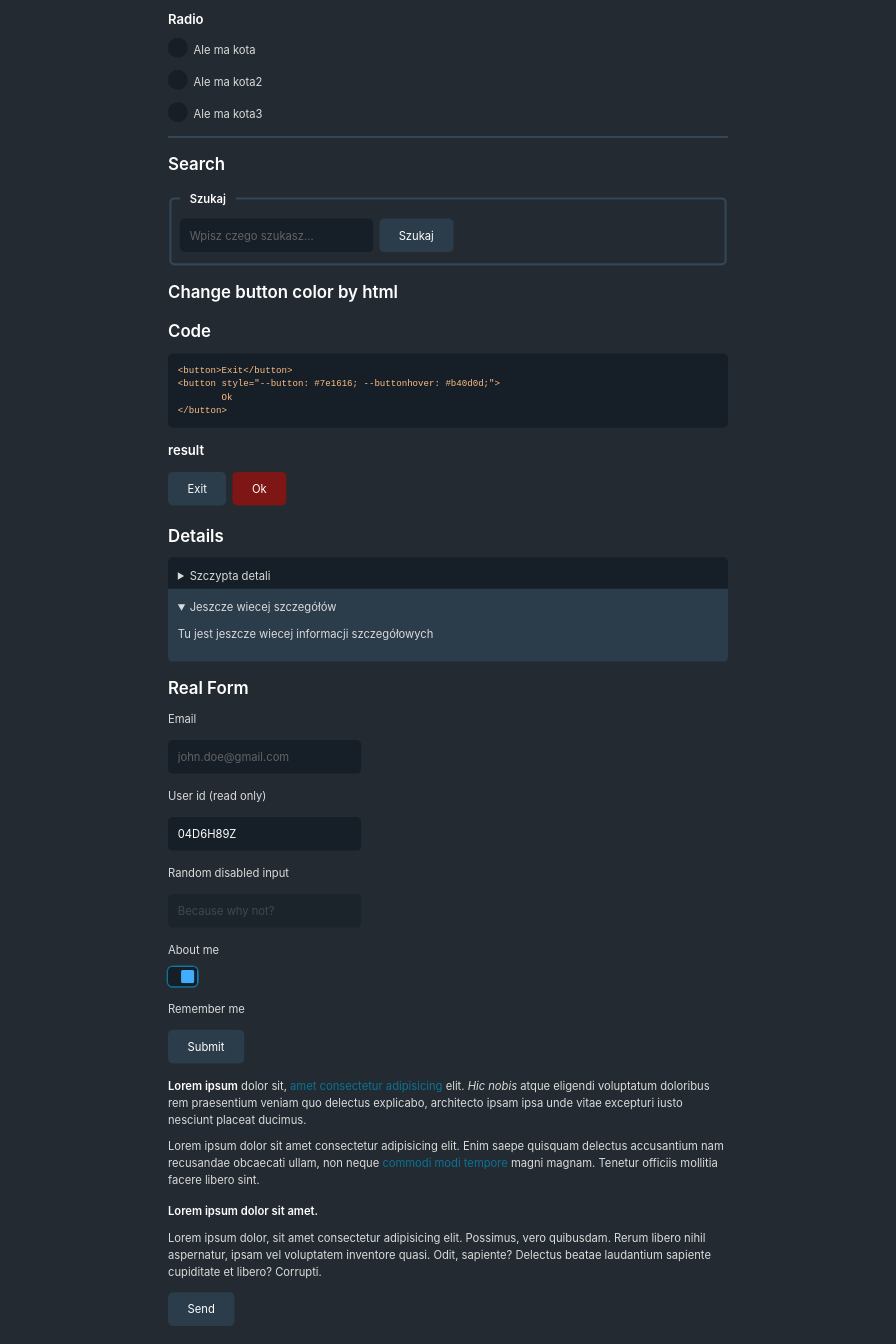
Repository: KozakBartosz/Draft
Page: index.html
These files come from the project's save history. The page is drawn as it stood at one moment and after the next save; the edit follows.
The browser window is 1280 px wide. The pictures show the part of the page from y = 2733 to 4653 px (the page is 4653 px tall before and 4639 px after), at 70% of full size.

Above is the page before, as saved 2019-04-12 08:54:49.

After the next save:
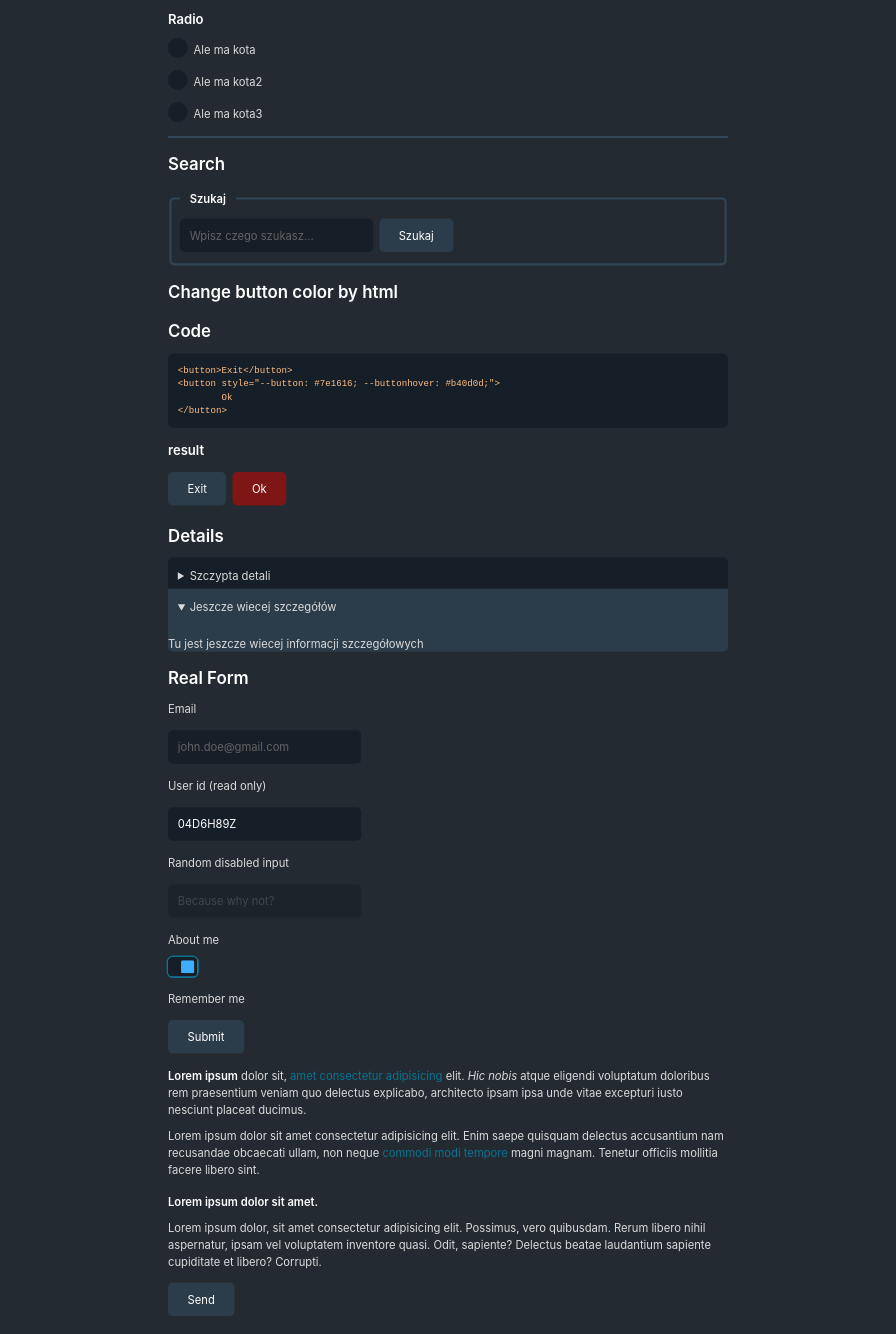
Saved 69 s later.
--- a/draft.css
+++ b/draft.css
@@ -327,7 +327,6 @@ fieldset > legend {
 }
 
 details {
-	padding: var(--mainpaddng);
 	border-radius: var(--radius);
 	background: var(--low);
 	transition: all 0.25s ease;
@@ -340,6 +339,9 @@ details + details {
 }
 details[open] {
 	background: var(--like);
+}
+details summary {
+	padding: var(--mainpaddng);
 }
 
 table {
